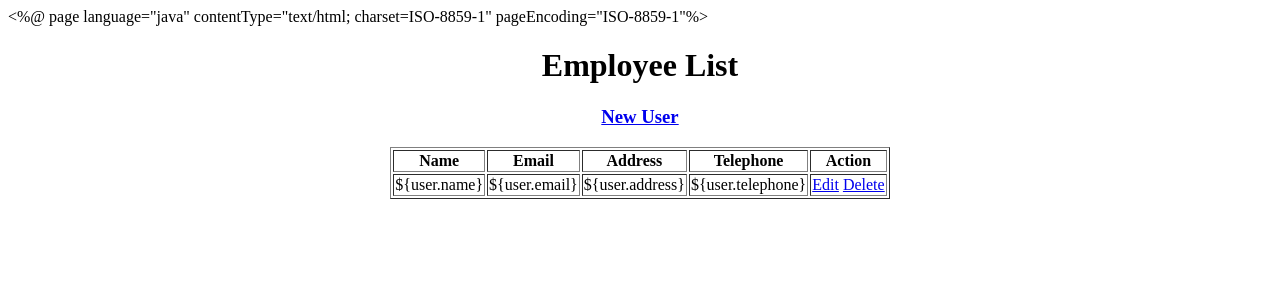
Repository: Sonalitanika/Assigment_IT17048842
Page: Lab09/WebContent/UserRegis.html
These files come from the project's save history. The page is drawn as it stood at one moment and after the next save; the edit follows.
The browser window is 1280 px wide. The pictures show the whole page.

Above is the page before, as saved 2019-05-25 16:45:59.

After the next save:
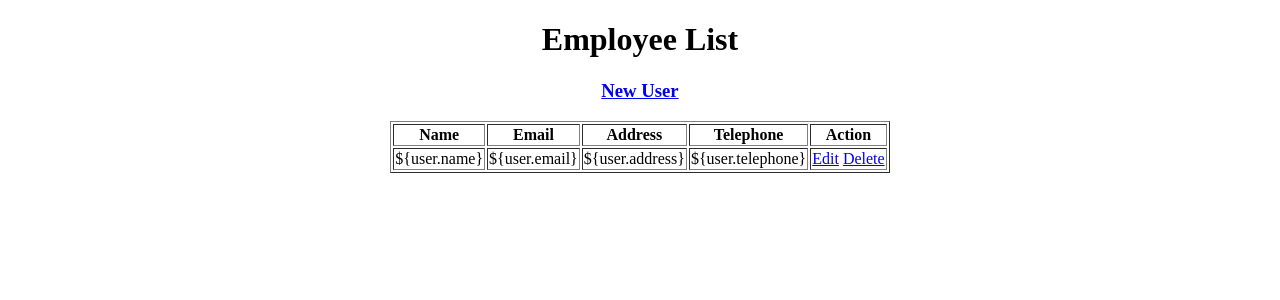
Saved 6 s later.
--- a/Lab09/WebContent/UserRegis.html
+++ b/Lab09/WebContent/UserRegis.html
@@ -1,5 +1,4 @@
-<%@ page language="java" contentType="text/html; charset=ISO-8859-1"
-    pageEncoding="ISO-8859-1"%>
+
 <!DOCTYPE html>
 <html>
 <head>
